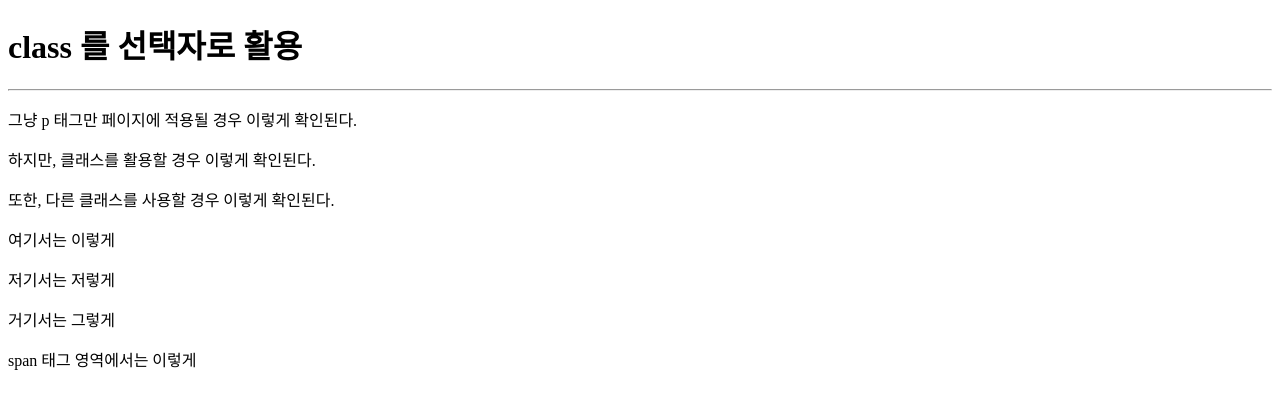
Repository: lolsoyeon/WebStudy
Page: WebApp02/WebContent/Test003.html
The author's editor kept a copy of each file at every save. The page is drawn from the files as they stood at one save, then again after the next save.
The browser window is 1280 px wide. The pictures show the whole page.

Above is the page before, as saved 2022-09-28 01:28:25.

### WebApp02/WebContent/Test003.html
<!DOCTYPE html>
<html>
<head>
<meta charset="UTF-8">
<title>Test003.html</title>
</head>
<body>

<div>
	<h1>class 를 선택자로 활용</h1>
	<hr>
</div>

<div>
	<p>그냥 p 태그만 페이지에 적용될 경우 이렇게 확인된다.</p>
	<p class="type1">하지만, 클래스를 활용할 경우 이렇게 확인된다.</p>
	<p class="type2">또한, 다른 클래스를 사용할 경우 이렇게 확인된다.</p>
	<p class="type1">여기서는 이렇게</p>
	<p class="type2">저기서는 저렇게</p>
	<p class="type3">거기서는 그렇게</p>

	<span>span 태그 영역에서는 이렇게</span>
</div>

</body>
</html>

After the next save:
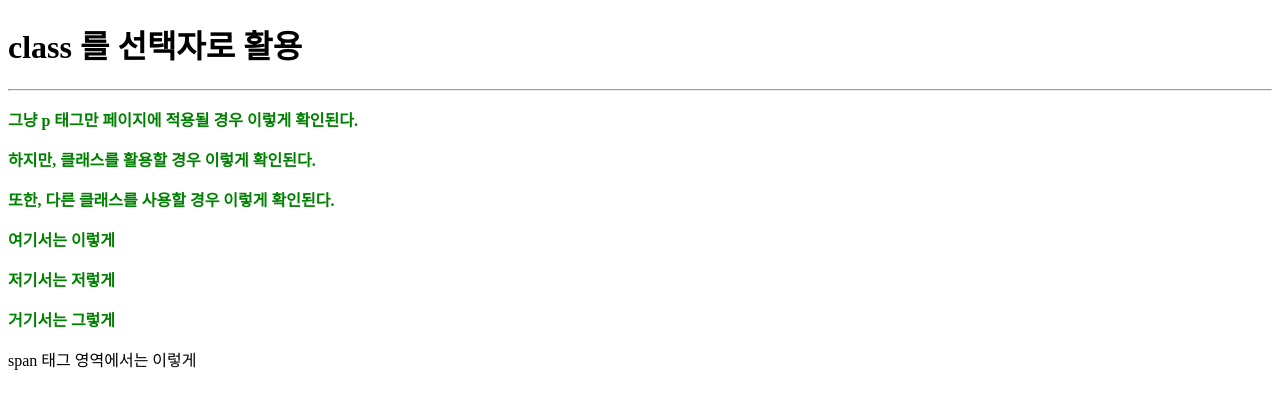
Saved 87 s later.
--- a/WebApp02/WebContent/Test003.html
+++ b/WebApp02/WebContent/Test003.html
@@ -3,6 +3,12 @@
 <head>
 <meta charset="UTF-8">
 <title>Test003.html</title>
+
+<style type="text/css">
+	p {color: green; font-size: 12pt; font-weight: bold;}
+
+</style>
+
 </head>
 <body>
 
@@ -20,6 +26,7 @@
 	<p class="type3">거기서는 그렇게</p>
 
 	<span>span 태그 영역에서는 이렇게</span>
+
 </div>
 
 </body>
